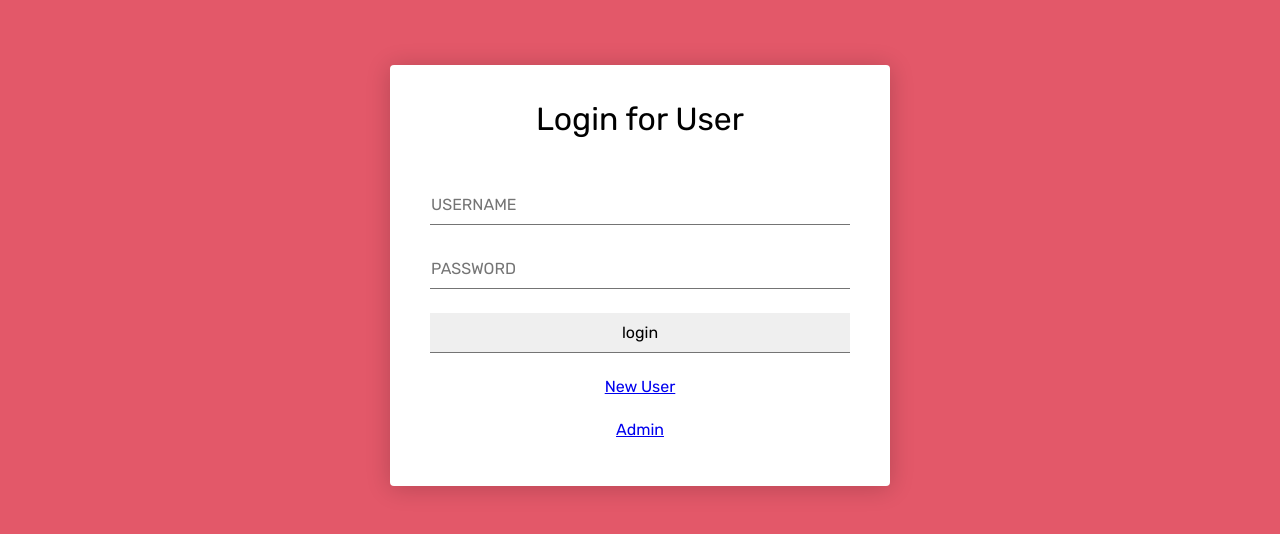
Repository: Shreya200012/FoodBox
Page: foodWeb/src/main/webapp/index.html
These files come from the project's save history. The page is drawn as it stood at one moment and after the next save; the edit follows.
The browser window is 1280 px wide. The pictures show the whole page.

Above is the page before, as saved 2022-06-15 09:29:59.
Console error: TypeError: document.querySelecter is not a function

### foodWeb/src/main/webapp/index.html
<!DOCTYPE html>
<html lang="en" >
<head>
  <meta charset="UTF-8">
  <title>Login FoodBox</title>
  <link rel='stylesheet' href='https://fonts.googleapis.com/css?family=Rubik:400,700'>
  <link rel="stylesheet" href="css/style1.css">

</head>
<body>
<!-- partial:index.partial.html -->
<div class="login-form">
  <form action="loginController" method="post">
    <h1 align="center">Login for User</h1>
    <div class="content">
      <div class="input-field">
        <input type="text" placeholder="UserName" name="username" autocomplete="nope">
      </div>
      <div class="input-field">
        <input type="password" placeholder="Password" name="password" autocomplete="new-password">
      </div>
       <div class="input-field">
        <input type="submit" value="login">
      </div>
      <div class="input-field">
        <a href="register.html">New User</a>
      </div>
      <div class="input-field">
        <a href="adminlogin.jsp">Admin</a>
      </div>
    </div>


  </form>
</div>
<!-- partial -->
<script  src="js/script1.js"></script>

</body>
</html>

### foodWeb/src/main/webapp/css/style1.css
* {
  margin: 0;
  padding: 0;
  box-sizing: border-box;
  -webkit-font-smoothing: antialiased;
}

body {
  background: #e35869;
  font-family: 'Rubik', sans-serif;
}

.login-form {
  background: #fff;
  width: 500px;
  margin: 65px auto;
  display: -webkit-box;
  display: flex;
  -webkit-box-orient: vertical;
  -webkit-box-direction: normal;
          flex-direction: column;
  border-radius: 4px;
  box-shadow: 0 2px 25px rgba(0, 0, 0, 0.2);
}
.login-form h1 {
  padding: 35px 35px 0 35px;
  font-weight: 300;
}
.login-form .content {
  padding: 35px;
  text-align: center;
}
.login-form .input-field {
  padding: 12px 5px;
}
.login-form .input-field input {
  font-size: 16px;
  display: block;
  font-family: 'Rubik', sans-serif;
  width: 100%;
  padding: 10px 1px;
  border: 0;
  border-bottom: 1px solid #747474;
  outline: none;
  -webkit-transition: all .2s;
  transition: all .2s;
}
.login-form .input-field input::-webkit-input-placeholder {
  text-transform: uppercase;
}
.login-form .input-field input::-moz-placeholder {
  text-transform: uppercase;
}
.login-form .input-field input:-ms-input-placeholder {
  text-transform: uppercase;
}
.login-form .input-field input::-ms-input-placeholder {
  text-transform: uppercase;
}
.login-form .input-field input::placeholder {
  text-transform: uppercase;
}
.login-form .input-field input:focus {
  border-color: #222;
}
.login-form a.link {
  text-decoration: none;
  color: #747474;
  letter-spacing: 0.2px;
  text-transform: uppercase;
  display: inline-block;
  margin-top: 20px;
}
.login-form .action {
  display: -webkit-box;
  display: flex;
  -webkit-box-orient: horizontal;
  -webkit-box-direction: normal;
          flex-direction: row;
}
.login-form .action button {
  width: 100%;
  border: none;
  padding: 18px;
  font-family: 'Rubik', sans-serif;
  cursor: pointer;
  text-transform: uppercase;
  background: #e8e9ec;
  color: #777;
  border-bottom-left-radius: 4px;
  border-bottom-right-radius: 0;
  letter-spacing: 0.2px;
  outline: 0;
  -webkit-transition: all .3s;
  transition: all .3s;
}
.login-form .action button:hover {
  background: #d8d8d8;
}
.login-form .action button:nth-child(2) {
  background: #2d3b55;
  color: #fff;
  border-bottom-left-radius: 0;
  border-bottom-right-radius: 4px;
}
.login-form .action button:nth-child(2):hover {
  background: #3c4d6d;
}

### foodWeb/src/main/webapp/js/script1.js
let form = document.querySelecter('form');

form.addEventListener('submit', (e) => {
  e.preventDefault();
  return false;
});

After the next save:
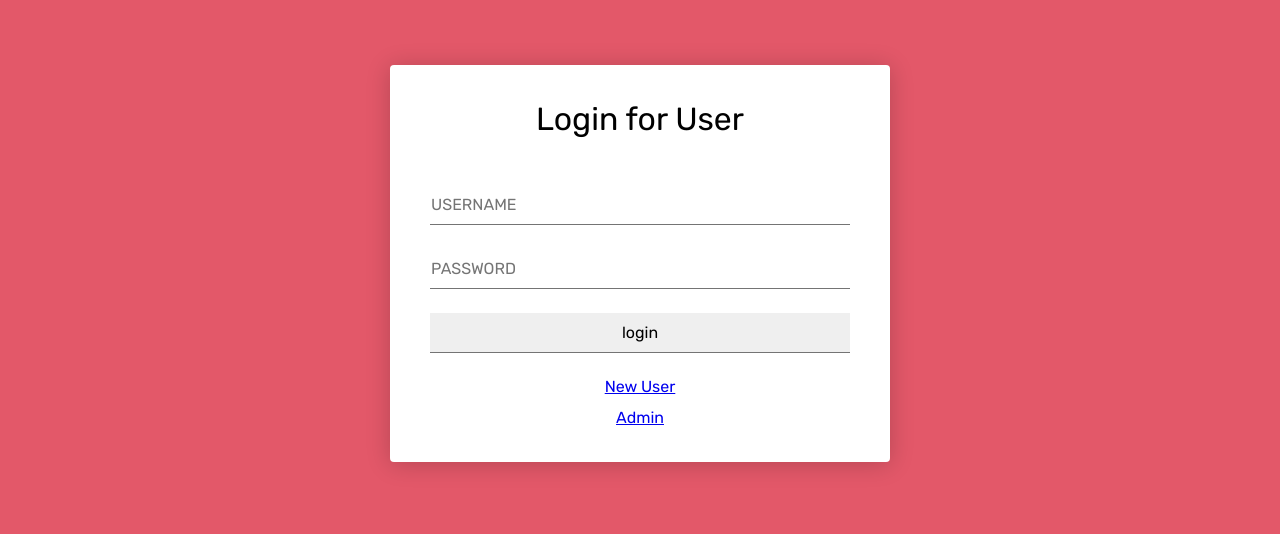
Saved 10 min 8 s later.
--- a/foodWeb/src/main/webapp/index.html
+++ b/foodWeb/src/main/webapp/index.html
@@ -25,7 +25,7 @@
       <div class="input-field">
         <a href="register.html">New User</a>
       </div>
-      <div class="input-field">
+      <div class="input-fiel	d">
         <a href="adminlogin.jsp">Admin</a>
       </div>
     </div>
